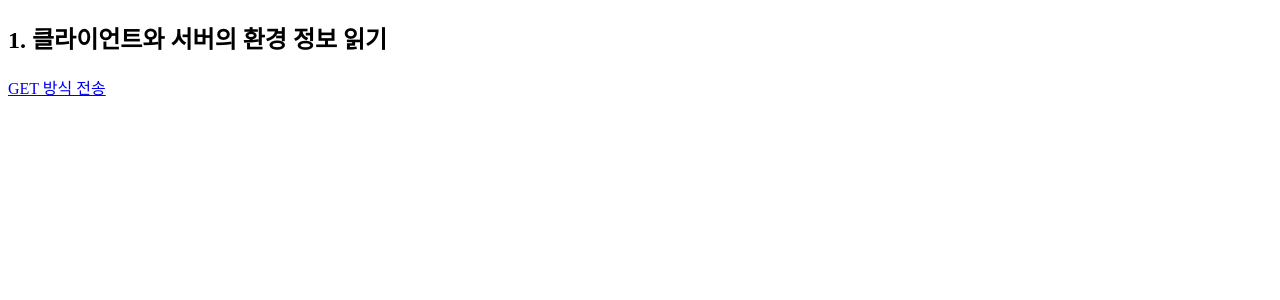
Repository: achul1026/jspStudy
Page: http://localhost/MustHaveJSP/02ImplicitObject/RequestMain.jsp
The author's editor kept a copy of each file at every save. The page is drawn from the files as they stood at one save, then again after the next save.
The browser window is 1280 px wide. The pictures show the whole page.
The page is served by Tomcat 9.

Above is the page before, as saved 2022-09-21 12:07:34.

After the next save:
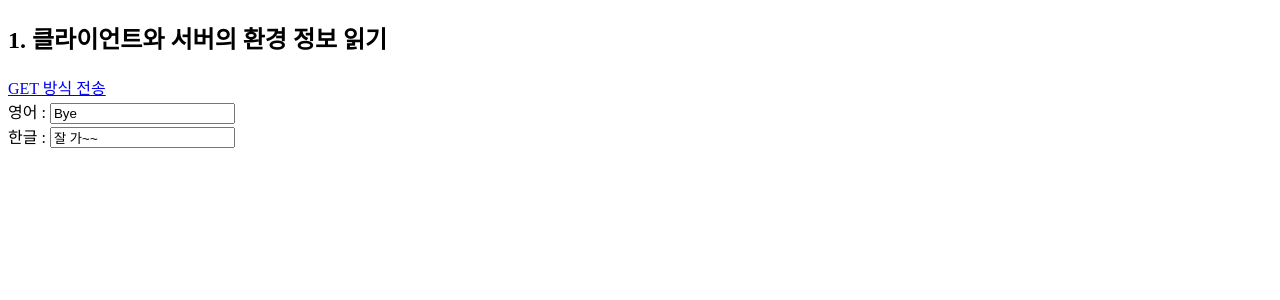
Saved 69 s later.
--- a/MustHaveJSP/src/main/webapp/02ImplicitObject/RequestMain.jsp
+++ b/MustHaveJSP/src/main/webapp/02ImplicitObject/RequestMain.jsp
@@ -11,5 +11,11 @@
 	<a href="./RequestWebInfo.jsp?eng=Hello&han=안녕">
 		GET 방식 전송
 	</a>
+	<br>
+	<form action="RequestWebInfo.jsp" method="post">
+		영어 : <input type="text" name="eng" value="Bye">
+		<br>
+		한글 : <input type="text" name="han" value="잘 가~~">
+	</form>
 </body>
 </html>
